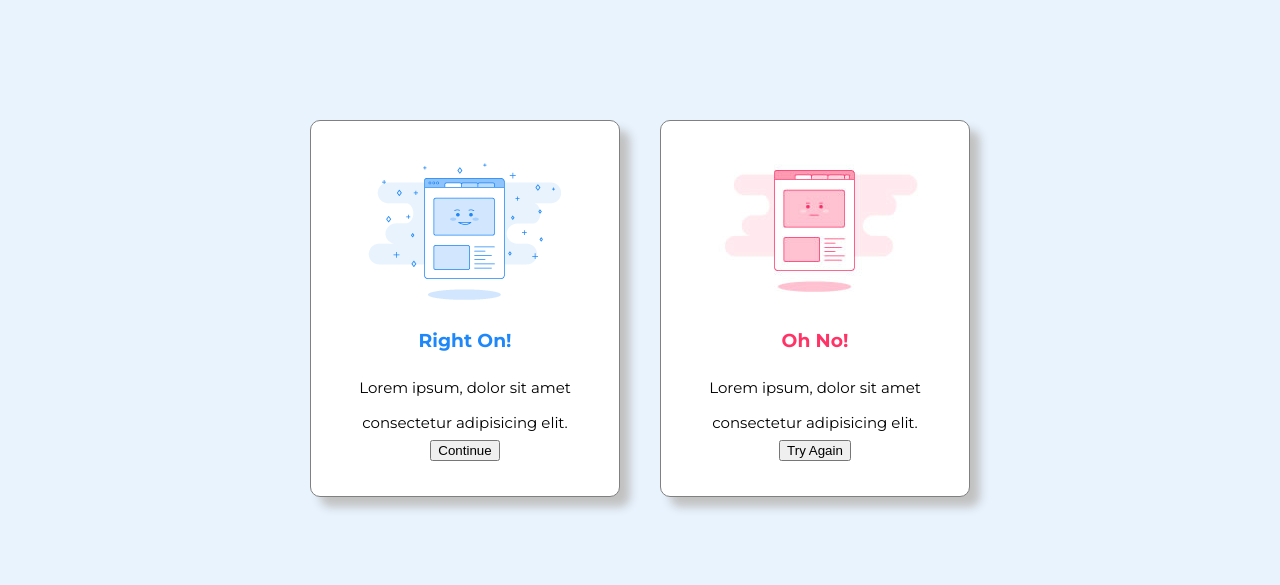
Repository: giahuy405/flash_message_BEM
Page: index.html
These files come from the project's save history. The page is drawn as it stood at one moment and after the next save; the edit follows.
The browser window is 1280 px wide. The pictures show the whole page.

Above is the page before, as saved 2022-09-06 02:37:47.

After the next save:
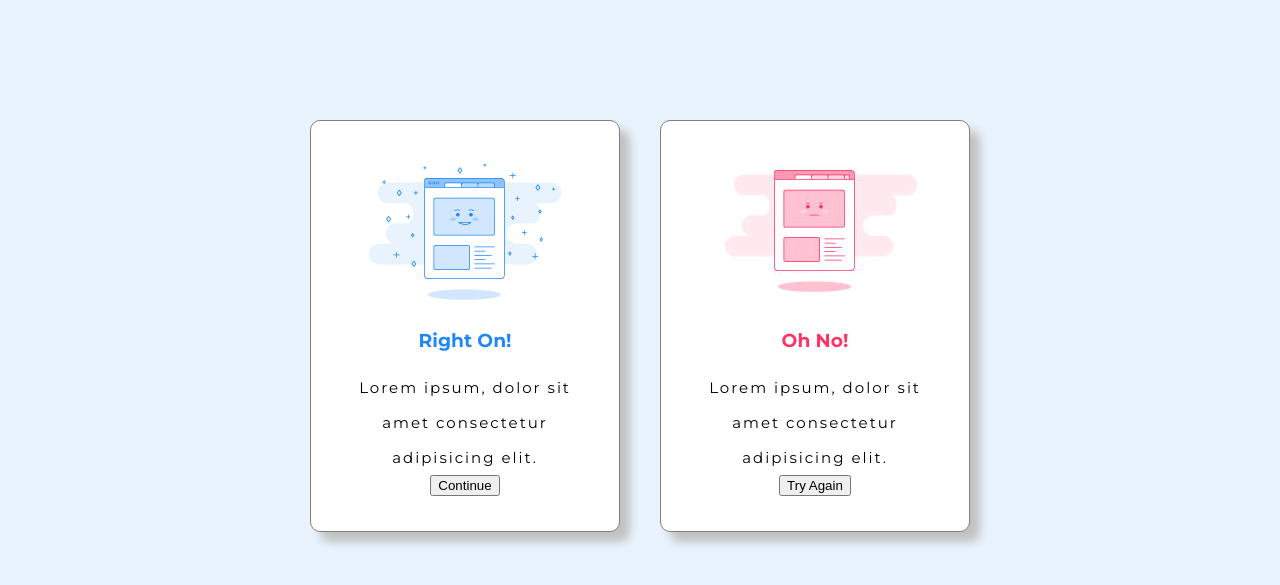
Saved 12 s later.
--- a/css/index.css
+++ b/css/index.css
@@ -38,4 +38,5 @@ body{
 .flash-message__desc{
     font-size: 15px;
     line-height: 35px;
+    letter-spacing: 2px;
 }
